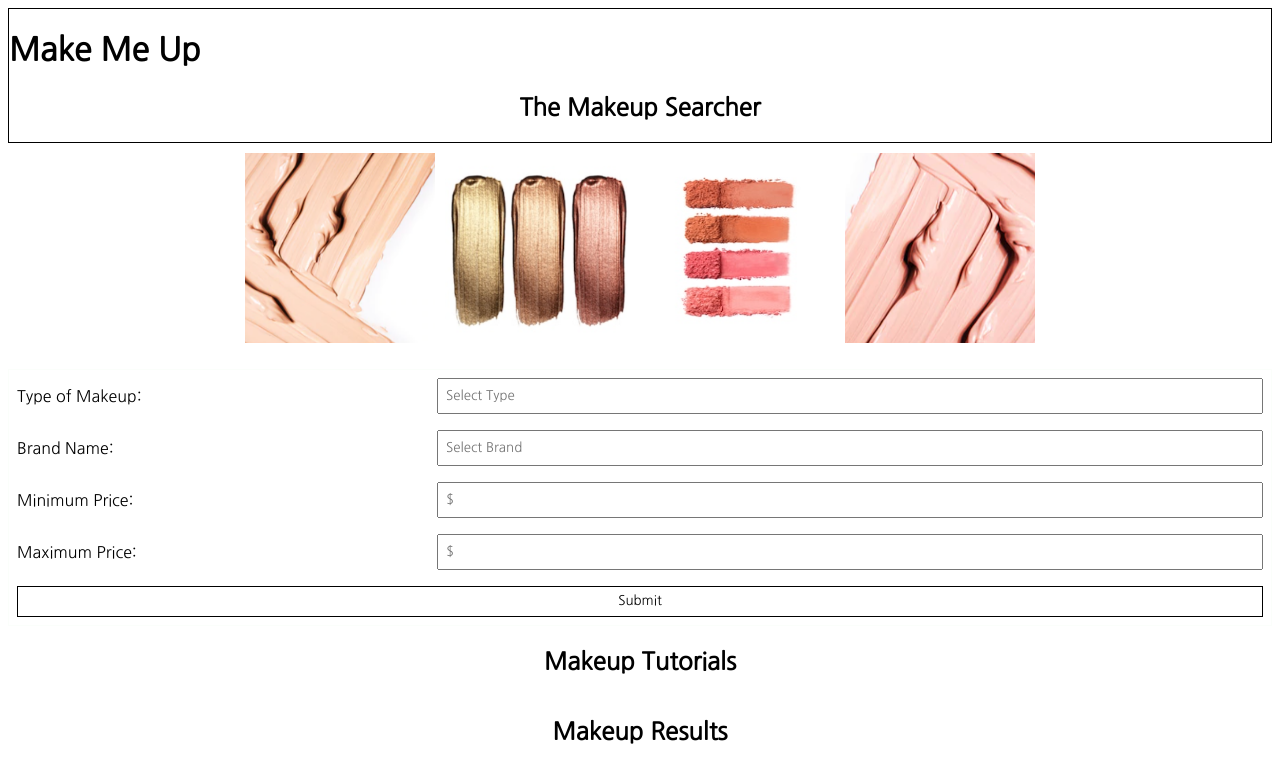
Repository: kaitlynMidori/MakeMeUp
Page: index.html
An editor plug-in stored every save of this project. The page is shown before and after the next save, followed by the edit.
The browser window is 1280 px wide. The pictures show the whole page.

Above is the page before, as saved 2020-12-10 17:11:17.

### index.html
<!DOCTYPE html>
<html lang="en">

<head>
    <meta charset="utf-8">
    <meta name="viewport" content="width=device-width">
    <title>Make Me Up</title>
    <link href="style.css" rel="stylesheet" type="text/css" />
    <link rel="preconnect" href="https://fonts.gstatic.com">
    <link href="https://fonts.googleapis.com/css2?family=Nanum+Gothic&display=swap" rel="stylesheet">
</head>

<body>

    <header>
        <h1>Make Me Up</h1>
        <h2>The Makeup Searcher</h2>
    </header>

    <div id="img-container" class="img" style="padding: 5px;">
        <img src="images/smear1.png" alt="eyeshadow smear" height="200" width="200" style="padding: 5px;">
        <img src="images/smear2.png" alt="lipstick smear" height="200" width="200" style="padding: 5px;">
        <img src="images/smear4.jpg" alt="concealer smear" height="200" width="200" style="padding: 5px;">
        <img src="images/smear3.png" alt="blush smear" height="200" width="200" style="padding: 5px;">
    </div>

    <div class="form-container">
        <form id="js-form">
            <ul class="formWrapper">
                <li class= "form-row">
                    <label class="search-term" for="product-type">Type of Makeup:</label>
                    <input class="product-type input" type="text" name="product-type" id="product-type" placeholder="Select Type" list="product-type-list">
                    <datalist id="product-type-list">
                        <option value="Blush">
                        <option value="Bronzer">
                        <option value="Eyebrow">
                        <option value="Eyeliner">
                        <option value="Eyeshadow">
                        <option value="Foundation">
                        <option value="Lip Liner">
                        <option value="Lipstick">
                        <option value="Mascara">
                        <option value="Nail Polish">
                    </datalist>
                </li>

                <li class="form-row">
                    <label class="search-term" for="brand">Brand Name:</label>
                    <input class="brand input" type="text" name="brand" id="brand" placeholder="Select Brand" list="brand-list">
                    <datalist id="brand-list">
                        <option value="Almay">
                        <option value="Alva">
                        <option value="Anna Sui">
                        <option value="Annabelle">
                        <option value="Benefit">
                        <option value="Boosh">
                        <option value="Burt's Bees">
                        <option value="Butter London">
                        <option value="C'est Moi">
                        <option value="Cargo Cosmetics">
                        <option value="China Glaze">
                        <option value="Clinique">
                        <option value="Coastal Classic Creation">
                        <option value="Colourpop">
                        <option value="Covergirl">
                        <option value="Dalish">
                        <option value="Deciem">
                        <option value="Dior">
                        <option value="Dr. Hauschka">
                        <option value="e.l.f">
                        <option value="Essie">
                        <option value="Fenty">
                        <option value="Glossier">
                        <option value="Green People">
                        <option value="Iman">
                        <option value="L'oreal">
                        <option value="Lotus Cosmetics USA">
                        <option value="Maia's Mineral Galaxy">
                        <option value="Marcelle">
                        <option value="Marienatie">
                        <option value="Maybelline">
                        <option value="Milani">
                        <option value="Mineral Fusion">
                        <option value="Misa">
                        <option value="Mistura">
                        <option value="Moov">
                        <option value="Nudus">
                        <option value="NYX">
                        <option value="ORLY">
                        <option value="Pacifica">
                        <option value="Penny Lane Organics">
                        <option value="Physicians Formula">
                        <option value="Piggy Paint">
                        <option value="Pure Anada">
                        <option value="Rejuva Minerals">
                        <option value="Revlon">
                        <option value="Sally B's Skin Yummies">
                        <option value="Salon Perfect">
                        <option value="Sante">
                        <option value="Sinful Colours">
                        <option value="Smashbox">
                        <option value="Stila">
                        <option value="Suncoat">
                        <option value="w3llpeople">
                        <option value="wet n wild">
                        <option value="Zorah">
                        <option value="Zorah Biocosmetiques">
                    </datalist>
                </li>

                <li class="form-row">
                    <label class="search-term" for="min-price-input">Minimum Price:</label>
                    <input class="min-price input" type="number" name="min-price" id="min-price-input" placeholder="$">
                </li>

                <li class="form-row">
                    <label class="search-term" for="max-price-input">Maximum Price:</label>
                    <input class="max-price input" type="number" name="max-price" id="max-price-input" placeholder="$">
                </li>

                <li class="form-row">
                    <input id="submit-btn" type="submit" value="Submit">
                </li>
            </ul>
        </form>
    </div>


        <p id="js-error-message" class="error-message"></p>

        <section id="yt-results" class="hidden">
            <h2>Makeup Tutorials</h2>
            <ul id="yt-results-list">
            </ul>
        </section>
    <div id="results-container" class="hidden">
        <h2>Makeup Results</h2>
            <ul id="results-list">
            </ul>
    </div>

    <script src="https://code.jquery.com/jquery-3.3.1.js" integrity="sha256-2Kok7MbOyxpgUVvAk/HJ2jigOSYS2auK4Pfzbm7uH60=" crossorigin="anonymous"></script>
    <script src="script.js"></script>

</body>

</html>

### style.css
* {
    box-sizing: border-box;
}

hidden {
    display: none;
}

* {
    font-family: 'Nanum Gothic', sans-serif;
    color: black;
}

/* header styling */
header {
    background-color: white;
    border-style: solid;
    border-width: thin;
    border-color: black;
}

h2 {
    text-align: center;
}

/* Body styling */
body {
    background-color: white;
}

/* Image styling */

#img-container {
    display: flex;
    flex-direction: row;
    flex-wrap: nowrap;
    justify-content: center;
}

/* Form styling */
.formWrapper {
    background-color: white;
    list-style-type: none;
    padding: 0;
    border-style: solid;
    border-width: thin;
    border-color: #fbfefb;
}

.form-row {
    display: flex;
    justify-content: center;
    padding: .5em;
}

.form-row >label {
    padding: .5em 1em .5em 0;
    flex: 1;
}

.form-row > input {
    flex: 2;
}

.form-row > input,
.form-row > button {
    padding: .5em;
}

#submit-btn {
    background-color: white;
    color: black;
    border-style: solid;
    border-width: thin;
    border-color: black;
}

/* results styling */


#results-list{
    display: flex;
    flex-wrap: wrap;
    justify-content: center;
    font-size: 12px;
}

.each-product-result {
    padding-left: 7px;
    list-style-type: none;
    background-color: white;
    border: lightgray;
    border-style: solid;
    border-width: thin;
    width: 200px;
}

.each-product-result > .product-name {
    display: block;
    margin-right: auto;
    margin-left: auto;
    font-size: 12px;
    width: 160px;
}

.each-product-result > .product-img {
    display: block;
    border: white;
    border-style: solid;
    border-width: thin;
    margin-left: auto;
    margin-right: auto;
    height: 150px;
    width: 150px;
}

.each-product-result > .product-price {
    font-style: italic;
}

.each-product-result > .product-description {
    font-size: 12px;
    font-weight: lighter;
    width: 180px;
}

/* YouTube video Styling */

#yt-results-list {
    display: flex;
    flex-wrap: wrap;
    justify-content: center;
    font-size: 12px;
}

.each-yt-result {
    padding-left: 7px;
    list-style-type: none;
    background-color: white;
    border: lightgray;
    border-style: solid;
    border-width: thin;
    width: 200px;
}

.each-yt-result > .yt-title {
    font-size: 8pt;
    display: block;
    margin-left: auto;
    margin-left: auto;
}

.each-yt-result > .yt-description {
    font-size: 12px;
    width: 180px;
}

.each-yt-result > .yt-thumbnails {
    display: block;
    border: white;
    border-style: solid;
    border-width: thin;
    margin-left: auto;
    margin-right: auto;
    height: 130px;
    width: 150px;
}

### script.js
 'use strict';

const makeupURL = 'https://makeup-api.herokuapp.com/api/v1/products.json';

//watch form
//prevent submit btn default
//collect values for user input
function watchForm() {
    $('form').submit(event => {
        event.preventDefault();
        const searchTerm = $('#product-type').val();
        const brand = $('#brand').val();
        const minPrice = $('#min-price-input').val();
        const maxPrice = $('#max-price-input').val();
        getMakeUp(searchTerm, brand, minPrice, maxPrice);
        getYoutubeVideo(searchTerm, brand);
    });
}

//format url
function formatQueryParams(params) {
    const queryItems = Object.keys(params)
        .map(key => `${encodeURIComponent(key)}=${encodeURIComponent(params[key])}`)
    return queryItems.join('&');
}

function getMakeUp(searchTerm, brand, minPrice, maxPrice) {
    const params = {
        product_type: searchTerm,
        brand: brand,
        price_greater_than: minPrice,
        price_less_than: maxPrice,
    };

    const queryString = formatQueryParams(params)
    const url = makeupURL + '?' + queryString;
    console.log(url);

    fetch(url)
        .then(response => {
            if (response.ok) {
                return response.json();
            }
            throw new Error(response.statusText);
        })
        .then(responseJson => displayResults(responseJson))
        .catch(err => {
            $('#js-error-message').text(`Something went wrong: ${err.message}`);
        });
}

function displayResults(responseJson) {
    // if there are previous results, remove them
    console.log(responseJson);
    $('#results-list').empty();

    //if there are no results, display a msg
    if (!Object.keys(responseJson).length) {
        $('#results-list').append(`<h2>Sorry, No Products Found For That Make-Up and/or Brand</h2>`);
    }
    // iterate through the items array
    for (let i = 0; i < responseJson.length; i++) {

        // for each makeup object in the items array, add a list item to the results
        //list with the full name, img, price, description, url
        $('#results-list').append(
            `<li class="each-product-result">
      <h3 class="product-name">${responseJson[i].name}</h3>
      <img class="product-img" src="${responseJson[i].image_link}">

      <br>

      <p class="product-price">$${responseJson[i].price}</p>
      <p class="product-description">${responseJson[i].description}</p>
      </li>`
        )
    };

    //display the results section
    $('#results').removeClass('hidden');

    //clear input after results load
    $('#product-type').val('')
    $('#brand').val('')
    $('#min-price-input').val('');
    $('#max-price-input').val('');
};

$(watchForm);

// *****************Youtube video portion**************************************

const youtubeURL = 'https://www.googleapis.com/youtube/v3/search';

function getYoutubeVideo(searchTerm, brand) {
 const params = {
    part:'snippet',
    key:'AIzaSyDLTkOknlkbRK8xtwwM4HzWWfjG2awJktI',
    q: searchTerm + brand + ' makeup',
    maxResults: 6,
    type: 'video',
    order: 'Relevance',
    safeSearch: 'strict',
    relevanceLanguage: 'en'
  };

  const queryString = formatQueryParams(params)
  const url = youtubeURL + '?' + queryString;
  console.log(url);

  fetch(url)
    .then(response => {
      if (response.ok) {
        return response.json();
      }
      throw new Error(response.statusText);
    })
    .then(responseJson => displayYoutubeResults(responseJson))
    .catch(err => {
      $('#js-error-message').text(`Something went wrong: ${err.message}`);
    });
}

function displayYoutubeResults(responseJson) {
  console.log(responseJson);

  $('#yt-results-list').empty();

  if(!Object.keys(responseJson.items).length){
    $('#yt-results-list').append(`<h2>Sorry, No Videos Found For That Make-Up and/or Brand</h2>`);
  }

  for (let i = 0; i < responseJson.items.length; i++){
    $('#yt-results-list').append(
      `<li class= "each-yt-result">
      <a href="https://www.youtube.com/watch?v=${responseJson.items[i].id.videoId}?vq=hd1080" target=_blank>
        <h3>${responseJson.items[i].snippet.title} class="yt-title"</h3>
      </a>
      <a href="https://www.youtube.com/watch?v=${responseJson.items[i].id.videoId}?vq=hd1080" class= "yt-thumbnails" target=_blank>
        <img src="${responseJson.items[i].snippet.thumbnails.default.url}">
      </a>

      <p>Channel: <a href="https://www.youtube.com/channel/${responseJson.items[i].snippet.channelId}" class="yt-channel" target=_blank>${responseJson.items[i].snippet.channelTitle}</a></p>

      <p>${responseJson.items[i].snippet.description}</p>

      </li>`)
  };

  $('#yt-results').removeClass('hidden');
};

After the next save:
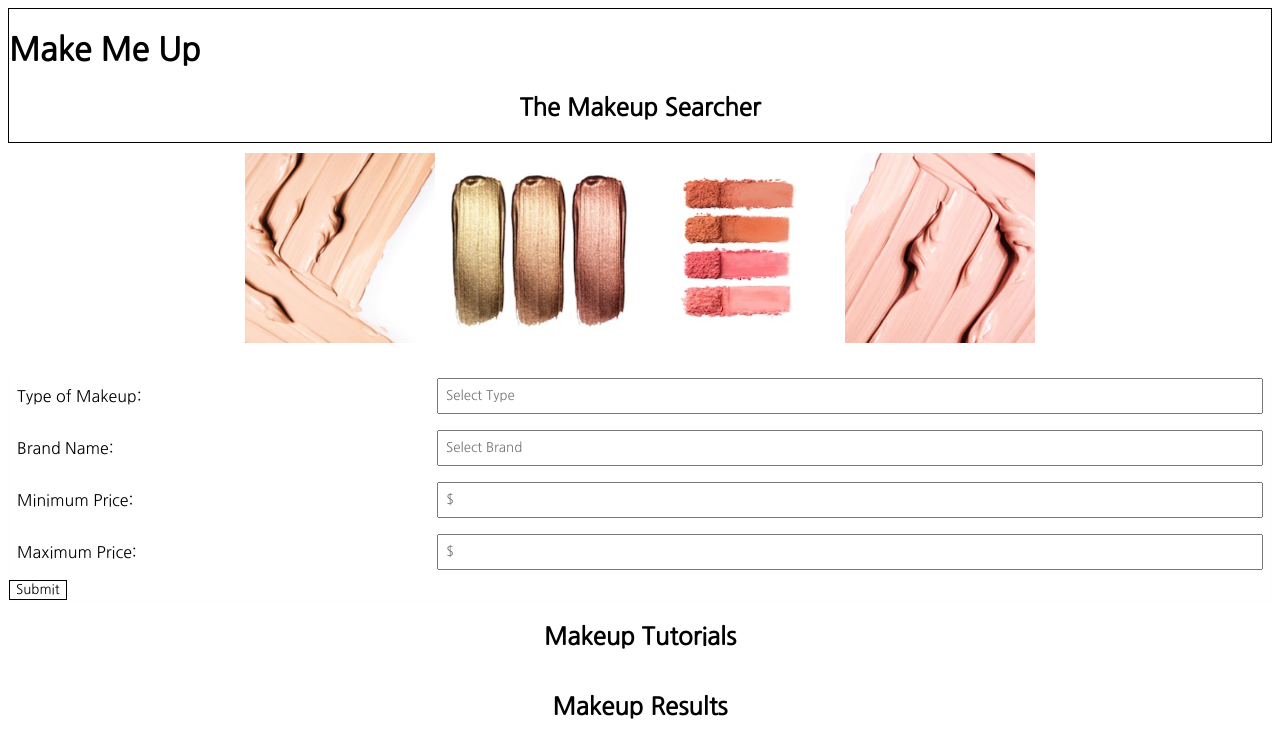
Saved 2 min 41 s later.
--- a/index.html
+++ b/index.html
@@ -118,7 +118,7 @@
                     <input class="max-price input" type="number" name="max-price" id="max-price-input" placeholder="$">
                 </li>
 
-                <li class="form-row">
+                <li class="button">
                     <input id="submit-btn" type="submit" value="Submit">
                 </li>
             </ul>

After the save that followed:
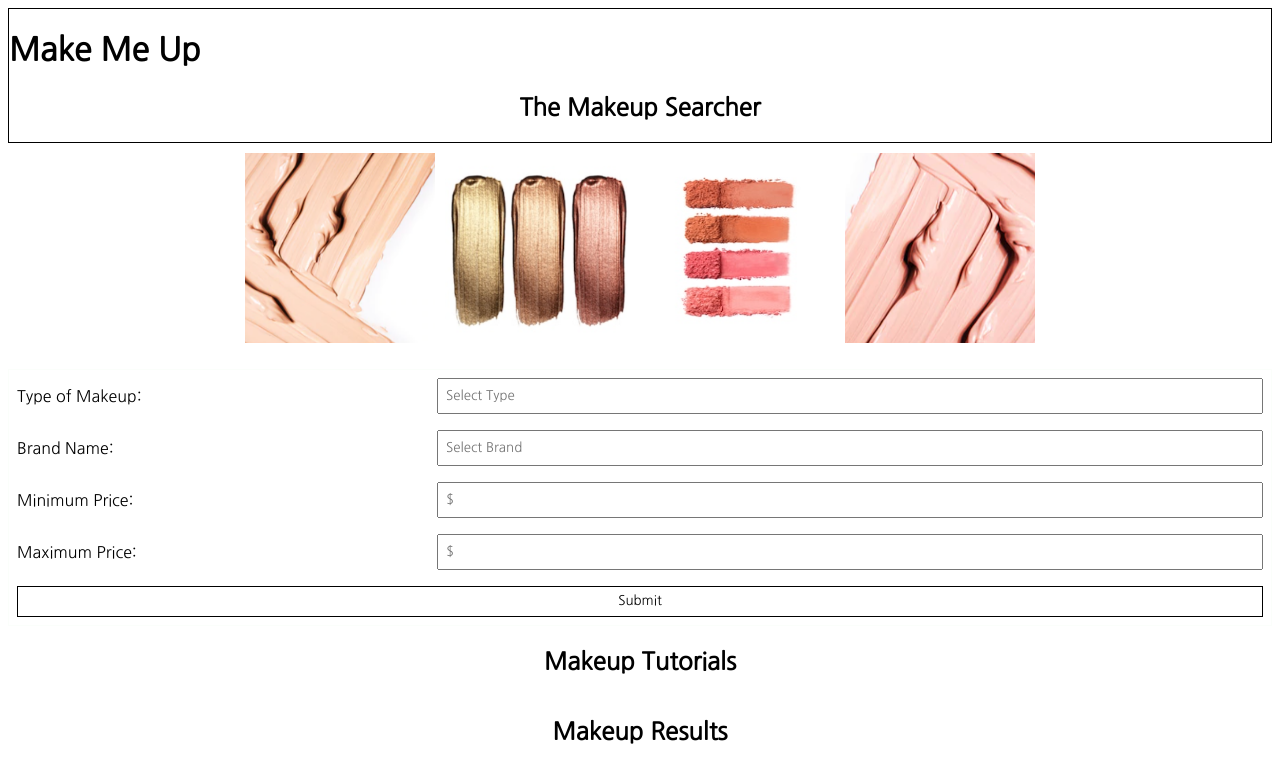
Saved 35 s later.
--- a/index.html
+++ b/index.html
@@ -118,7 +118,7 @@
                     <input class="max-price input" type="number" name="max-price" id="max-price-input" placeholder="$">
                 </li>
 
-                <li class="button">
+                <li class="form-row">
                     <input id="submit-btn" type="submit" value="Submit">
                 </li>
             </ul>
